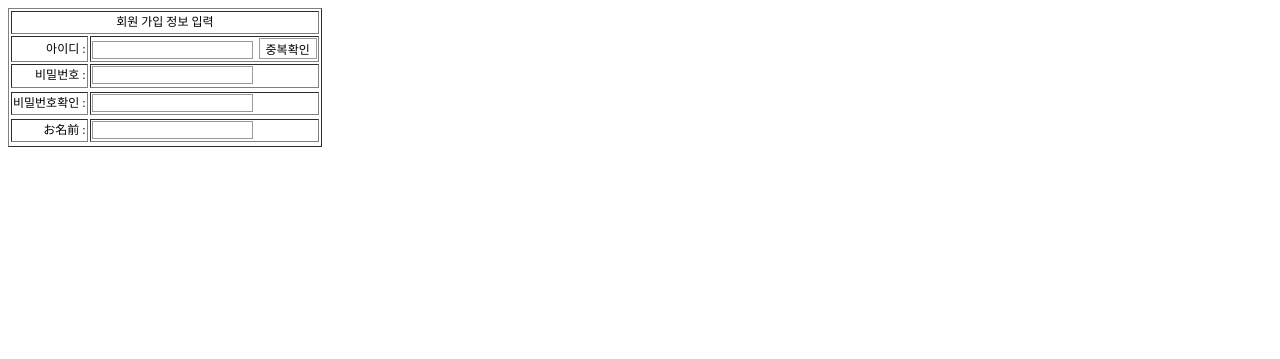
Repository: payboiC/test
Page: http://localhost/ServletProject/memberone/regForm.jsp
The author's editor kept a copy of each file at every save. The page is drawn from the files as they stood at one save, then again after the next save.
The browser window is 1280 px wide. The pictures show the whole page.
The page is served by Tomcat 9. Nobody is signed in. The application's start-up code is not run.

Above is the page before, as saved 2022-08-10 03:02:02.
Console error (its wording comes from the project's code and is left out).

After the next save:
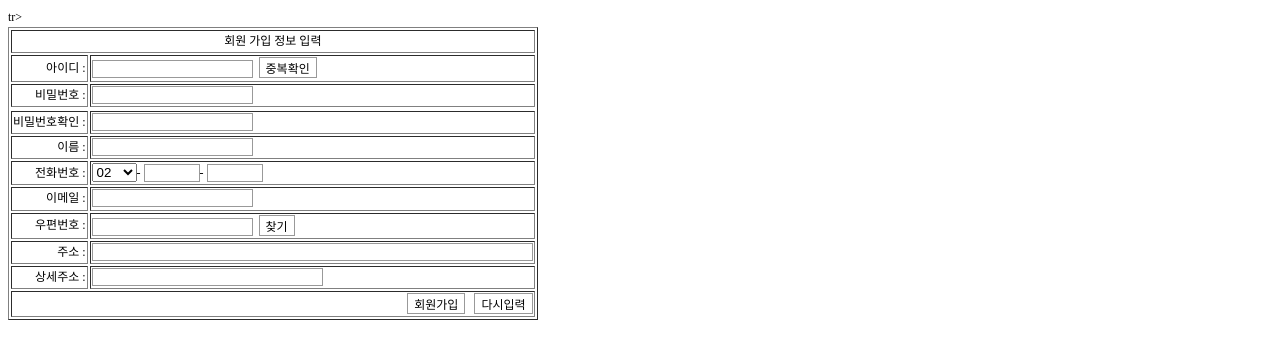
Saved 11 min 24 s later.
--- a/ServletProject/src/main/webapp/memberone/regForm.jsp
+++ b/ServletProject/src/main/webapp/memberone/regForm.jsp
@@ -36,15 +36,70 @@
        <input type="password" name="repass">
     </td>
 
- <tr>
+ </tr>
 
 <tr>
-<td align="right"> お名前 : </td>
+<td align="right"> 이름 : </td>
     <td>
        <input type="text" name="name">
     </td>
+    </tr>
+ <tr>
 
+
+<td align="right"> 전화번호 : </td>
+    <td>
+       <select name="phone1">
+               <option value="02">02</option>
+               <option value="010">010</option>
+               <option value="011">011</option>
+               <option value="033">033</option>
+               <option value="032">032</option>
+
+
+
+
+        </select>-
+       <input type="text" name="phone2" size="5">-
+       <input type="text" name="phone3" size="5">
+    </td>
+
+ </tr>
  <tr>
+<td align="right"> 이메일 : </td>
+    <td>
+       <input type="text" name="email">
+    </td>
+    </tr>
+ <tr>
+<td align="right"> 우편번호 : </td>
+    <td>
+       <input type="text" name="zipcode">&nbsp;
+       <input type="button" value="찾기" onclick="#">
+    </td>
+    </tr>
+
+    <tr>
+<td align="right"> 주소 : </td>
+    <td>
+       <input type="text" name="address1" size="60">
+    </td>
+    </tr>
+
+    <tr>
+<td align="right"> 상세주소 : </td>
+    <td>
+       <input type="text" name="address2" size="30">
+    </td>
+    </tr>
+   tr>
+    <td colspan="2" align="right">
+
+         <input type="button" value="회원가입" onclick="#">&nbsp;&nbsp;
+         <input type="reset" value="다시입력" >
+    </td>
+</tr>
+
 
 </table>
 </form>
